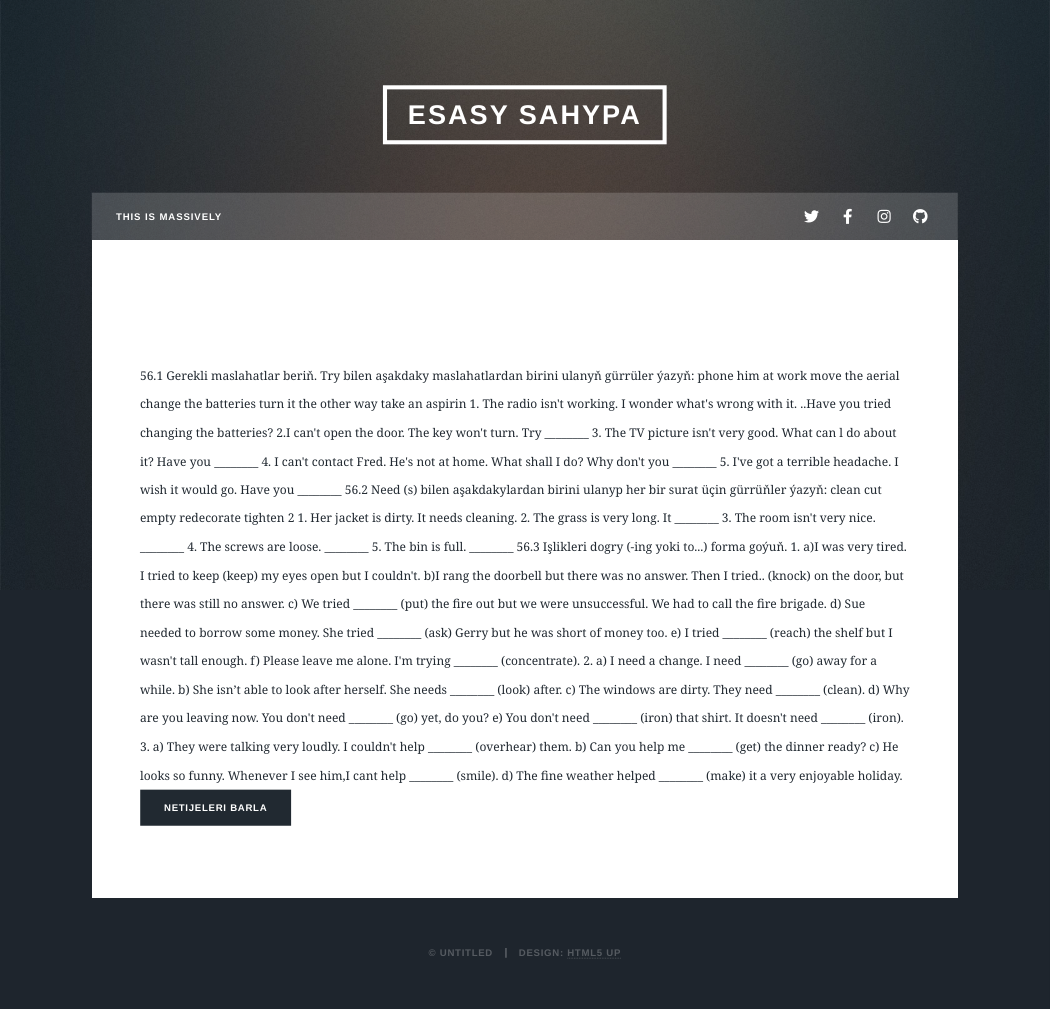
Repository: Sahet-dev/English-grammar-app
Page: test/test_unit _56.html
The author's editor kept a copy of each file at every save. The page is drawn from the files as they stood at one save, then again after the next save.
The browser window is 1280 px wide. The pictures show the whole page, at 82% of full size.
Some web fonts or font styles are not loaded; a fallback is used.

Above is the page before, as saved 2022-06-24 15:26:52.

### test/test_unit _56.html
<!DOCTYPE HTML>
<!--
	Massively by HTML5 UP
	html5up.net | @ajlkn
	Free for personal and commercial use under the CCA 3.0 license (html5up.net/license)
-->
<html>
	<head>
		<title>Test </title>
		<meta charset="utf-8" />
		<meta name="viewport" content="width=device-width, initial-scale=1, user-scalable=no" />
		<link rel="stylesheet" href="../assets/css/test.css" />
		<noscript><link rel="stylesheet" href="../assets/css/noscript.css" /></noscript>
	</head>
	<body class="is-preload">

		<!-- Wrapper -->
			<div id="wrapper">

				<!-- Header -->
					<header id="header">
						<a href="index.html" class="logo">Esasy Sahypa</a>
					</header>

				<!-- Nav -->
					<nav id="nav">
						<ul class="links">
							<li><a href="units/.html">This is Massively</a></li>

						</ul>
						<ul class="icons">
							<li><a href="#" class="icon brands fa-twitter"><span class="label">Twitter</span></a></li>
							<li><a href="#" class="icon brands fa-facebook-f"><span class="label">Facebook</span></a></li>
							<li><a href="#" class="icon brands fa-instagram"><span class="label">Instagram</span></a></li>
							<li><a href="#" class="icon brands fa-github"><span class="label">GitHub</span></a></li>
						</ul>
					</nav>

				<!-- Main -->
					<div id="main">

						<!-- Post -->
							<section class="post">
								<header class="major">
									<h2>


									</h2>
								</header>

								<!-- Text stuff -->

									<p>
										<form action="results-unit-1.php" method="post">

											56.1

											Gerekli maslahatlar beriň. Try bilen aşakdaky maslahatlardan birini ulanyň gürrüler ýazyň:

											phone him at work

											move the aerial

											change the batteries

											turn it the other way

											take an aspirin

											1. The radio isn't working. I wonder what's
											wrong with it.

											..Have you tried changing the batteries?

											2.I can't open the door. The key won't turn.

											Try     ________

											3. The TV picture isn't very good. What can l do about it?

											Have you     ________

											4. I can't contact Fred. He's not at home. What shall I do?

											Why don't you     ________


											5. I've got a terrible headache. I wish it would go.

											Have you      ________

											56.2

											Need (s) bilen aşakdakylardan birini ulanyp her bir surat üçin gürrüňler ýazyň:

											clean cut empty redecorate tighten

											2


											1. Her jacket is dirty. It needs cleaning.

											2. The grass is very long. It      ________

											3. The room isn't very nice.     ________

											4. The screws are loose.     ________

											5. The bin is full.     ________

											56.3

											Işlikleri dogry  (-ing yoki to...) forma goýuň.

											1. a)I was very tired. I tried to keep (keep) my eyes open but I couldn't.

											b)I rang the doorbell but there was no answer. Then I tried.. (knock) on the door,
											but there was still no answer.

											c) We tried     ________     (put) the fire out but we   were unsuccessful. We had to call the fire brigade.

											d) Sue needed to borrow some money. She tried      ________      (ask) Gerry but he was short of money too.

											e) I tried     ________   (reach) the shelf but I wasn't  tall enough.



											f) Please leave me alone. I'm trying     ________   (concentrate).


											2. a) I need a change. I need      ________   (go) away for a while.

											b) She isn’t able to look after herself. She needs     ________   (look) after.

											c) The windows are dirty. They need      ________   (clean).

											d) Why are you leaving now. You don't need      ________   (go) yet, do you?

											e) You don't need      ________    (iron) that shirt. It
											doesn't need      ________    (iron).

											3. a) They were talking very loudly. I couldn't
											help      ________    (overhear) them.

											b) Can you help me     ________    (get) the dinner ready?

											c) He looks so funny. Whenever I see him,I cant help     ________    (smile).

											d) The fine weather helped     ________    (make) it a very enjoyable holiday.

											        <button class="button primary" type="submit">Netijeleri barla</button>
										</form>



									</p>


							</section>

					</div>


				<!-- Copyright -->
					<div id="copyright">
						<ul><li>&copy; Untitled</li><li>Design: <a href="https://html5up.net">HTML5 UP</a></li></ul>
					</div>

			</div>

		<!-- Scripts -->
			<script src="assets/js/jquery.min.js"></script>
			<script src="assets/js/jquery.scrollex.min.js"></script>
			<script src="assets/js/jquery.scrolly.min.js"></script>
			<script src="assets/js/browser.min.js"></script>
			<script src="assets/js/breakpoints.min.js"></script>
			<script src="assets/js/util.js"></script>
			<script src="assets/js/main.js"></script>

	</body>
</html>

Loaded but not shown: assets/js/jquery.min.js (library); assets/js/jquery.scrollex.min.js (common file); assets/js/jquery.scrolly.min.js (common file); assets/js/browser.min.js (common file); assets/js/breakpoints.min.js (common file); assets/css/fontawesome-all.min.css (library); assets/js/util.js (587 lines, source omitted); assets/js/main.js (258 lines, source omitted); assets/css/test.css (4689 lines, source omitted)

After the next save:
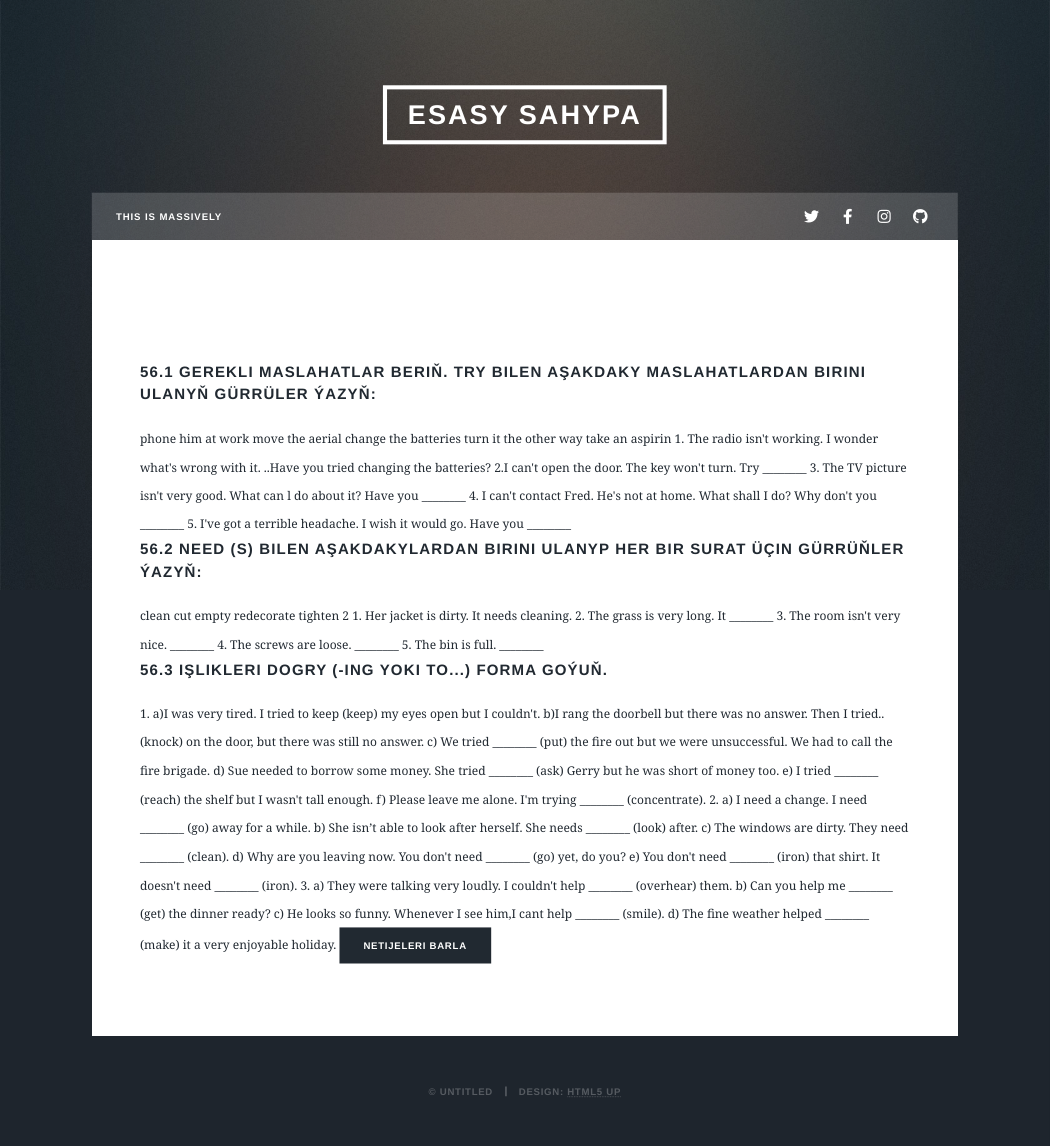
Saved 35 s later.
--- a/test/test_unit _56.html
+++ b/test/test_unit _56.html
@@ -53,9 +53,9 @@
 									<p>
 										<form action="results-unit-1.php" method="post">
 
-											56.1
+										<h3>56.1
 
-											Gerekli maslahatlar beriň. Try bilen aşakdaky maslahatlardan birini ulanyň gürrüler ýazyň:
+											Gerekli maslahatlar beriň. Try bilen aşakdaky maslahatlardan birini ulanyň gürrüler ýazyň:</h3>
 
 											phone him at work
 
@@ -89,9 +89,9 @@
 
 											Have you      ________
 
-											56.2
+										<h3>56.2
 
-											Need (s) bilen aşakdakylardan birini ulanyp her bir surat üçin gürrüňler ýazyň:
+											Need (s) bilen aşakdakylardan birini ulanyp her bir surat üçin gürrüňler ýazyň:</h3>
 
 											clean cut empty redecorate tighten
 
@@ -108,9 +108,9 @@
 
 											5. The bin is full.     ________
 
-											56.3
+										<h3>56.3
 
-											Işlikleri dogry  (-ing yoki to...) forma goýuň.
+											Işlikleri dogry  (-ing yoki to...) forma goýuň.</h3>
 
 											1. a)I was very tired. I tried to keep (keep) my eyes open but I couldn't.
 
